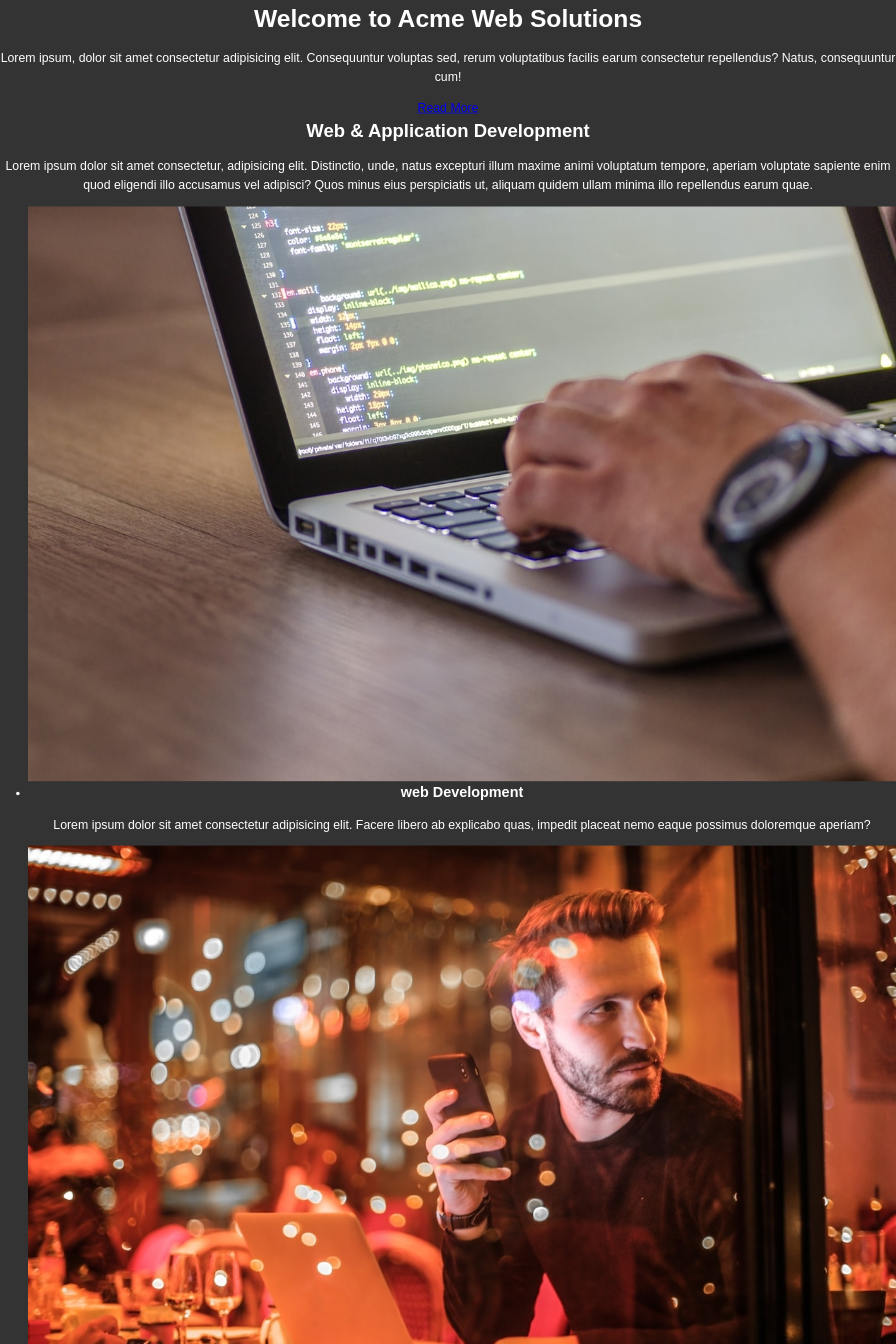
Repository: ErikBaer/MobileFirst
Page: index.html
An editor plug-in stored every save of this project. The page is shown before and after the next save, followed by the edit.
The browser window is 1280 px wide. The pictures show the part of the page from y = 0 to 1920 px (the page is 3468 px tall before and 3926 px after), at 70% of full size.

Above is the page before, as saved 2020-02-15 02:41:51.

### index.html
<!DOCTYPE html>
<html lang="en">
<head>
    <meta charset="UTF-8">
    <meta name="viewport" content="width=device-width, initial-scale=1.0">
    <link rel="stylesheet" type="text/css" href="style.css">
    <title>Acme Web Solutions</title>
</head>
<body>
    <!--Header Showcase -->
   <header id="showcase" class="grid">
    <div class="bg-image"></div>
    <h1>Welcome to Acme Web Solutions</h1>
    <p>Lorem ipsum, dolor sit amet consectetur adipisicing elit.
         Consequuntur voluptas sed, rerum voluptatibus facilis
         earum consectetur repellendus? Natus, consequuntur cum!
        </p>
    <a href="#section-b" class="btn">Read More</a>
</header>

<!-- Main Area -->

<main id="main">

    <!-- Section A -->

    <section id="section-a" class="grid">
        <div class="content-wrap">
            <h2 class="content-title">Web & Application Development</h2>
            <p>Lorem ipsum dolor sit amet consectetur, adipisicing elit.
                Distinctio, unde, natus excepturi illum maxime animi
                voluptatum tempore, aperiam voluptate sapiente enim quod
                 eligendi illo accusamus vel adipisci? Quos minus eius
                 perspiciatis ut, aliquam quidem ullam minima illo
                 repellendus earum quae.</p>
        </div>
    </section>

    <!-- Section B -->

    <section id="section-b" class="grid">
        <ul>
            <li>
                <div class="card">
                    <img src="./Assets/Coding-Person.jpg" alt="">
                    <div class="card-content">
                        <h3 class="card-title">web Development</h3>
                        <p>Lorem ipsum dolor sit amet consectetur
                            adipisicing elit. Facere libero ab explicabo
                            quas, impedit placeat nemo eaque possimus
                            doloremque aperiam?</p>
                    </div>
                </div>
            </li>
            <li>
                <div class="card">
                    <img src="./Assets/mobile-man.jpg" alt="">
                    <div class="card-content">
                        <h3 class="card-title">Mobile Applications</h3>
                        <p>Lorem ipsum dolor sit amet consectetur
                            adipisicing elit. Facere libero ab explicabo
                            quas, impedit placeat nemo eaque possimus
                            doloremque aperiam?</p>
                    </div>
                </div>
            </li>
            <li>
                <div class="card">
                    <img src="./Assets/Coding-Person.jpg" alt="">
                    <div class="card-content">
                        <h3 class="card-title">Tech Marketing</h3>
                        <p>Lorem ipsum dolor sit amet consectetur
                            adipisicing elit. Facere libero ab explicabo
                            quas, impedit placeat nemo eaque possimus
                            doloremque aperiam?</p>
                    </div>
                </div>
            </li>
        </ul>
    </section>

    <!-- Section C -->
    <section id="section-c" class="grid">
        <div class="content-wrap">
            <h2 class="content-title"> We handle all of your digital needs</h2>
            <p>Lorem, ipsum dolor sit amet consectetur adipisicing elit.
                Neque asperiores pariatur dolorem ipsum dicta recusandae
                 optio vel doloremque deserunt maiores?</p>
        </div>
    </section>

    <!-- Section D -->

    <section class="section-d grid">
        <div class="box">
            <h2 class="content-title">Contact Us</h2>
            <p>Lorem ipsum dolor sit, amet consectetur adipisicing elit.
                 Alias, totam quas ipsam doloremque dignissimos doloribus
                 laudantium aut provident dolore. Maxime!</p>
            <p>contact@acmewebsolutions.test</p>
        </div>
        <div class="box">
            <h2 class="content-title">About Our Company</h2>
            <p>Lorem ipsum dolor, sit amet consectetur adipisicing elit.
                Delectus ut placeat, nulla inventore laboriosam quisquam!
                Porro, asperiores libero molestiae a facilis et, ex magni
                 nostrum rem delectus quia ut? Vitae.</p>
        </div>
    </section>
</main>

<!-- Footer -->

<footer id="main-footer" class="grid">
    <div>Acme Web Solutins</div>
    <div>Project by <a href="www.baerdata.de" target="blank">Erik Baer</a></div>
</footer>

</body>
</html>

### style.css
body {
    margin: 0;
    font-family: Arial, Helvetica, sans-serif;
    background-color: #333;
    color: white;
    font-size:1.1em;
    line-height: 1.5;
    text-align: center;
}

img {
    display:block;
    width:100%;
    height: auto;
}

h1, h2, h3 {
    margin:0;
    padding 1em 0;
}

After the next save:
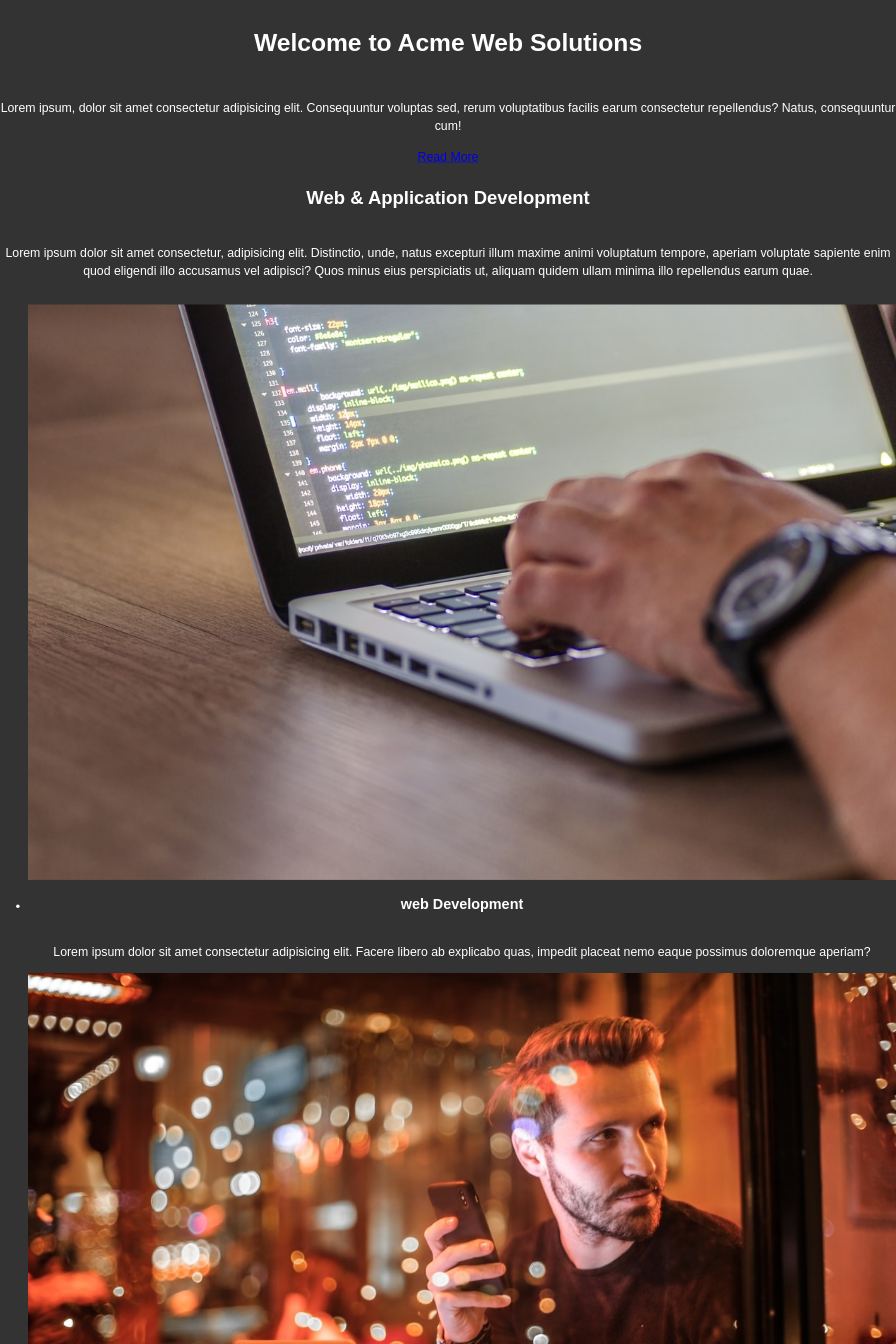
Saved 19 s later.
--- a/style.css
+++ b/style.css
@@ -16,5 +16,10 @@ img {
 
 h1, h2, h3 {
     margin:0;
-    padding 1em 0;
+    padding: 1em 0;
 }
+
+p {
+    margin: 0;
+    padding: 1em 0;
+}
